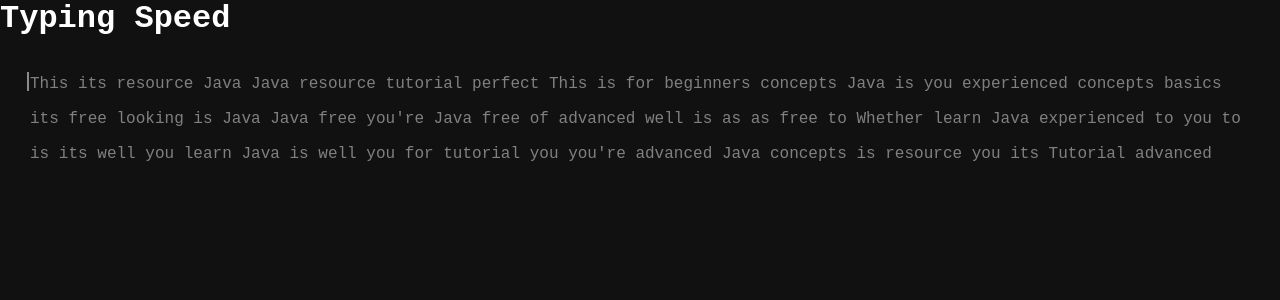
Repository: ThisIsSahaj/Js-Games
Page: TypingSpeed/index.html
An editor plug-in stored every save of this project. The page is shown before and after the next save, followed by the edit.
The browser window is 1280 px wide. The pictures show the whole page.

Above is the page before, as saved 2024-05-20 01:37:12.

After the next save:
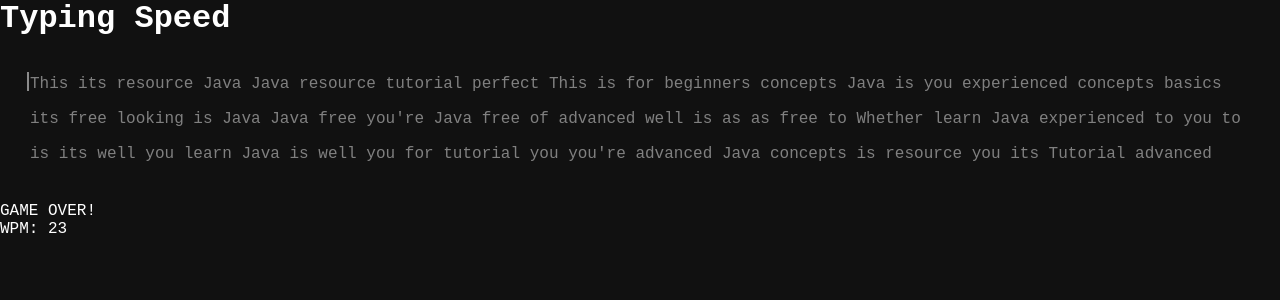
Saved 33 s later.
--- a/TypingSpeed/script.js
+++ b/TypingSpeed/script.js
@@ -63,7 +63,7 @@
 
     setTimeout(() => {
       gameOver();
-    }, 10000);
+    }, 3000);
 
 
 }
